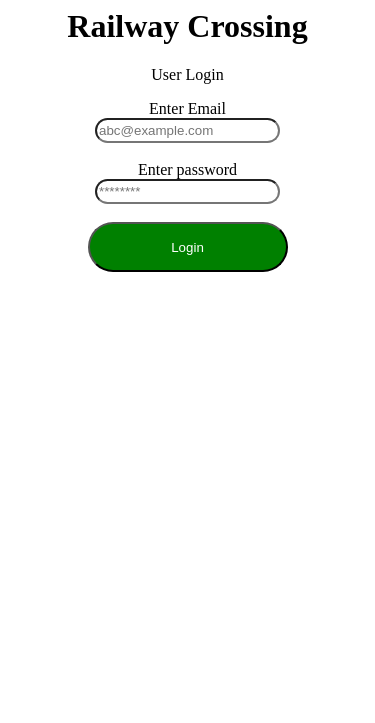
Repository: chinthaginjalabhuvan/Java
Page: http://localhost/RailwayCrossingProject/Login.jsp
These files come from the project's save history. The page is drawn as it stood at one moment and after the next save; the edit follows.
The browser window is 375 px wide. The pictures show the whole page.
The page is served by Tomcat 9. Other server files are loaded and not shown.

Above is the page before, as saved 2025-06-06 09:35:34.

### RailwayCrossingProject/src/main/webapp/Login.jsp
<html>

<head>
<link rel="stylesheet" href="./mystyle.css"></link>
</head>

<body>
	<div>
		<h1>Railway Crossing</h1>
		<p>User Login</p>
		<form action="CheckLogin.jsp">
		Enter Email <br/>
		<input type="email" placeholder="abc@example.com" name="email"/><br/><br/>
		Enter password <br/>
		<input type="password" placeholder="********" name="pass"/><br/><br/>
		<button type="submit">Login</button>
		</form>
	</div>
</body>

</html>

### RailwayCrossingProject/src/main/webapp/mystyle.css
div{
	text-align:center;
}

button{
	background-color:green;
	color:white;
	width:200px;
	height:50px;
	border-radius:50px;

}

input{
	border-radius:50px;
	height:25px;
}

After the next save:
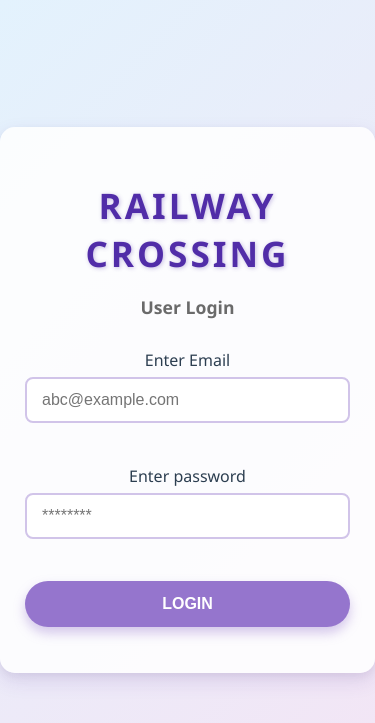
Saved 4 min 53 s later.
--- a/RailwayCrossingProject/src/main/webapp/mystyle.css
+++ b/RailwayCrossingProject/src/main/webapp/mystyle.css
@@ -1,17 +1,118 @@
-div{
-	text-align:center;
+body {
+  font-family: 'Segoe UI', Tahoma, Geneva, Verdana, sans-serif;
+  background: linear-gradient(135deg, #e3f2fd, #f3e5f5);
+  margin: 0;
+  padding: 0;
+  height: 100vh;
+  display: flex;
+  justify-content: center;
+  align-items: center;
+  color: #2c3e50;
 }
 
-button{
-	background-color:green;
-	color:white;
-	width:200px;
-	height:50px;
-	border-radius:50px;
-
+div {
+  background: #ffffffdd;
+  padding: 40px 50px;
+  border-radius: 15px;
+  box-shadow:
+    0 8px 20px rgba(81, 45, 168, 0.12),
+    0 4px 10px rgba(0, 0, 0, 0.05);
+  max-width: 400px;
+  width: 90%;
+  text-align: center;
 }
 
-input{
-	border-radius:50px;
-	height:25px;
+/* Heading */
+h1 {
+  font-size: 2.8rem;
+  font-weight: 900;
+  margin-bottom: 10px;
+  color: #512da8;
+  letter-spacing: 3px;
+  user-select: none;
+  text-transform: uppercase;
+  text-shadow: 1px 1px 4px rgba(81, 45, 168, 0.3);
 }
+
+/* Subheading */
+p {
+  font-size: 1.1rem;
+  margin-bottom: 30px;
+  font-weight: 600;
+  color: #6a6a6a;
+}
+
+/* Form inputs */
+input[type="email"],
+input[type="password"] {
+  width: 100%;
+  padding: 12px 15px;
+  margin-top: 6px;
+  margin-bottom: 20px;
+  border: 2px solid #d1c4e9;
+  border-radius: 8px;
+  font-size: 1rem;
+  transition: border-color 0.3s ease, box-shadow 0.3s ease;
+  outline: none;
+  box-sizing: border-box;
+}
+
+input[type="email"]:focus,
+input[type="password"]:focus {
+  border-color: #512da8;
+  box-shadow: 0 0 8px rgba(81, 45, 168, 0.4);
+}
+
+/* Labels inline with input text */
+form > label {
+  display: block;
+  text-align: left;
+  font-weight: 600;
+  margin-top: 10px;
+  margin-bottom: 5px;
+  color: #5e35b1;
+}
+
+/* Button */
+button[type="submit"] {
+  background-color: #9575cd;
+  color: white;
+  border: none;
+  padding: 14px 30px;
+  font-size: 1.1rem;
+  font-weight: 700;
+  text-transform: uppercase;
+  border-radius: 30px;
+  cursor: pointer;
+  box-shadow: 0 6px 12px rgba(149, 117, 205, 0.4);
+  transition: background-color 0.35s ease, box-shadow 0.35s ease, transform 0.25s ease;
+  user-select: none;
+}
+
+button[type="submit"]:hover,
+button[type="submit"]:focus {
+  background-color: #7e57c2;
+  box-shadow: 0 8px 16px rgba(126, 87, 194, 0.7);
+  transform: translateY(-2px);
+  outline: none;
+}
+
+button[type="submit"]:active {
+  transform: translateY(0);
+  box-shadow: 0 4px 8px rgba(126, 87, 194, 0.5);
+}
+
+/* Responsive */
+@media (max-width: 480px) {
+  div {
+    padding: 30px 25px;
+  }
+  h1 {
+    font-size: 2.2rem;
+  }
+  button[type="submit"] {
+    width: 100%;
+    padding: 14px 0;
+    font-size: 1rem;
+  }
+}
